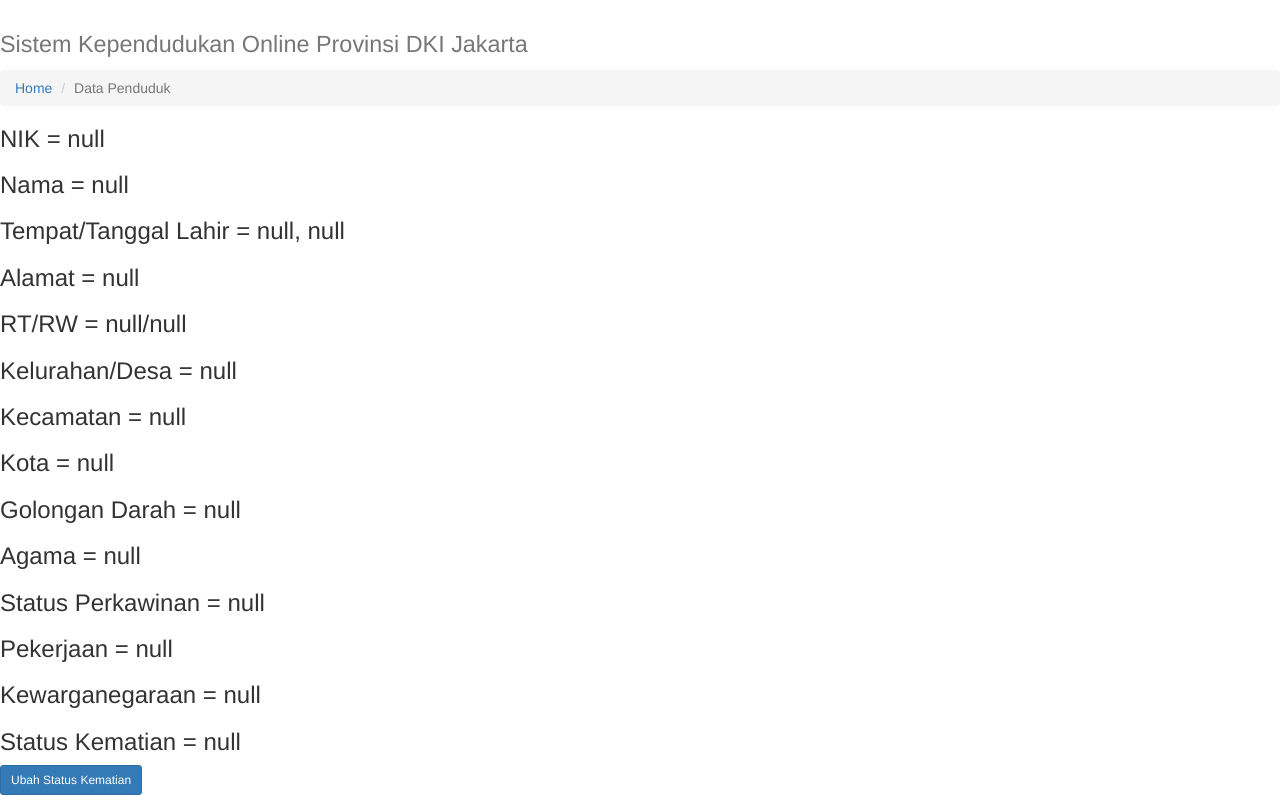
Repository: apap-2017/tugas1_1406544135
Page: http://localhost/detail-penduduk
These files come from the project's save history. The page is drawn as it stood at one moment and after the next save; the edit follows.
The browser window is 1280 px wide. The pictures show the whole page.
The page is this project's Thymeleaf template; nobody is signed in. The template is opened directly, without the code that normally fills it, so the values that code supplies are empty.

Above is the page before, as saved 2017-10-17 07:04:23.

After the next save:
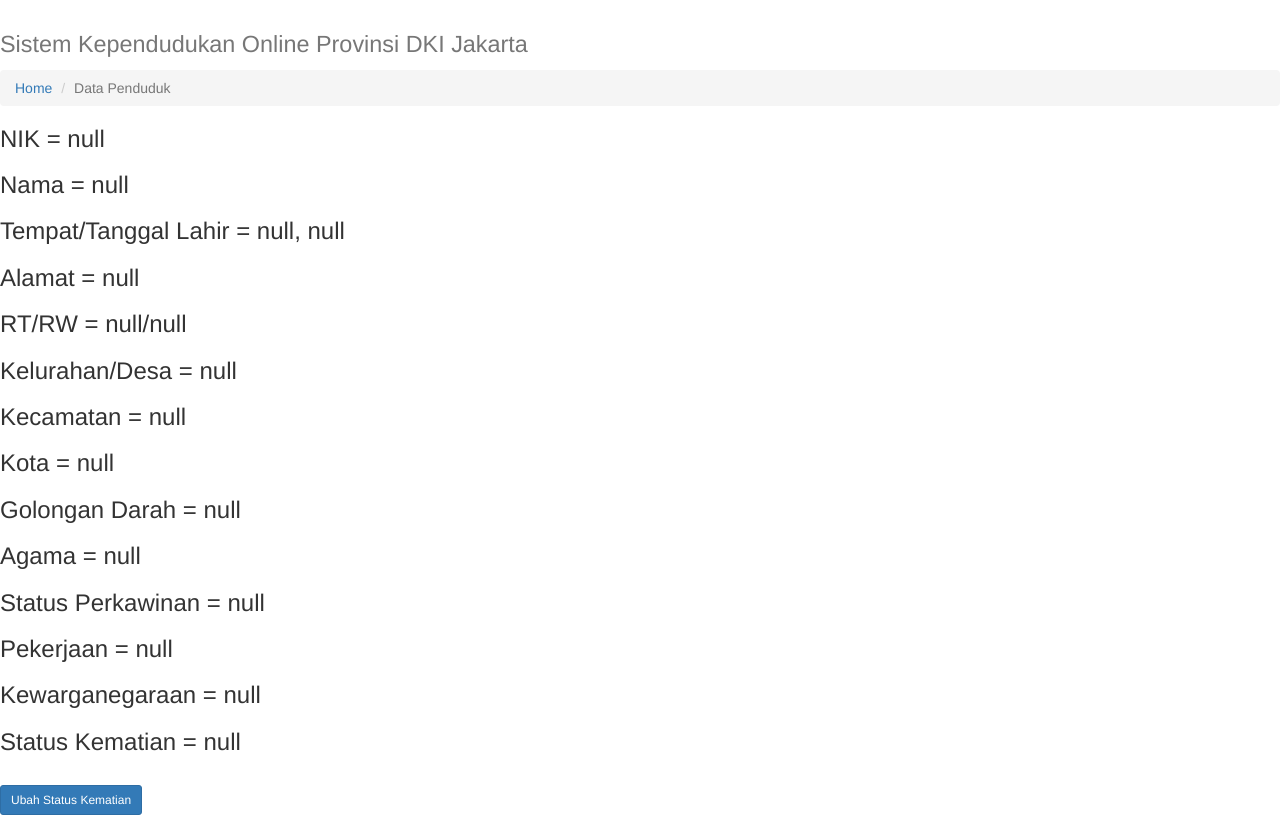
Saved 25 h 56 min later.
--- a/Tugas1_1406544135/src/main/resources/templates/detail-penduduk.html
+++ b/Tugas1_1406544135/src/main/resources/templates/detail-penduduk.html
@@ -16,6 +16,9 @@
 			</ol>
 		</section>
 	   <form class="form-horizontal" action="/penduduk" th:object="${penduduk}" method="get">
+	   	<table class="table table-striped">
+			<tbody>
+
 		    <h3 th:text="'NIK = ' + ${penduduk.nik}">NIK penduduk</h3>
 			<h3 th:text="'Nama = ' + ${penduduk.nama}"> Nama penduduk</h3>
 			<h3 th:text="'Tempat/Tanggal Lahir = ' + ${penduduk.tempat_lahir} +', ' + ${penduduk.tanggal_lahir}">Tempat/Tanggal lahir</h3>
@@ -30,6 +33,9 @@
 			<h3 th:text="'Pekerjaan = ' + ${penduduk.pekerjaan}">Pekerjaan</h3>
 			<h3 th:text="'Kewarganegaraan = ' + ${penduduk.is_wni}">Kewarganegaraan</h3>
 			<h3 th:text="'Status Kematian = ' + ${penduduk.is_wafat}">Status Kematian</h3>
+
+				</tbody>
+			</table>
 		</form>
 
 		<div>
